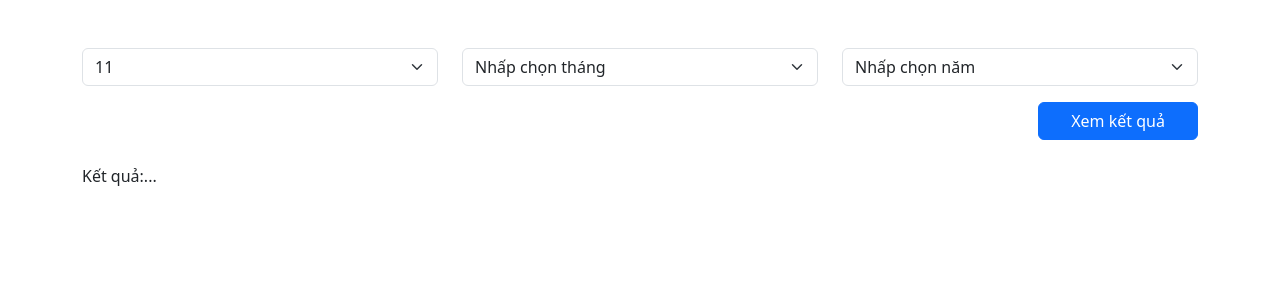
Repository: hoangngocnguyen/JavaNangCao
Page: http://localhost/Test/ngaythang.jsp
The author's editor kept a copy of each file at every save. The page is drawn from the files as they stood at one save, then again after the next save.
The browser window is 1280 px wide. The pictures show the whole page.
The page is served by Tomcat 10.

Above is the page before, as saved 2025-09-12 15:10:20.

After the next save:
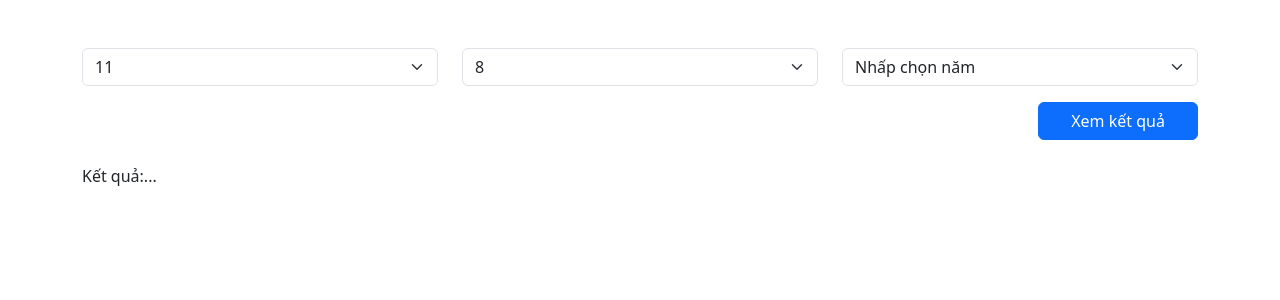
Saved 17 s later.
--- a/Test/src/main/webapp/ngaythang.jsp
+++ b/Test/src/main/webapp/ngaythang.jsp
@@ -54,11 +54,6 @@
                 <%		}
                 	}
                 %>
-
-                <option selected>Nhấp chọn tháng</option>
-                <option value="1">One</option>
-                <option value="2">Two</option>
-                <option value="3">Three</option>
             </select>
             <select class="form-select" aria-label="Default select example" id="YearSelect">
                 <option selected>Nhấp chọn năm</option>
